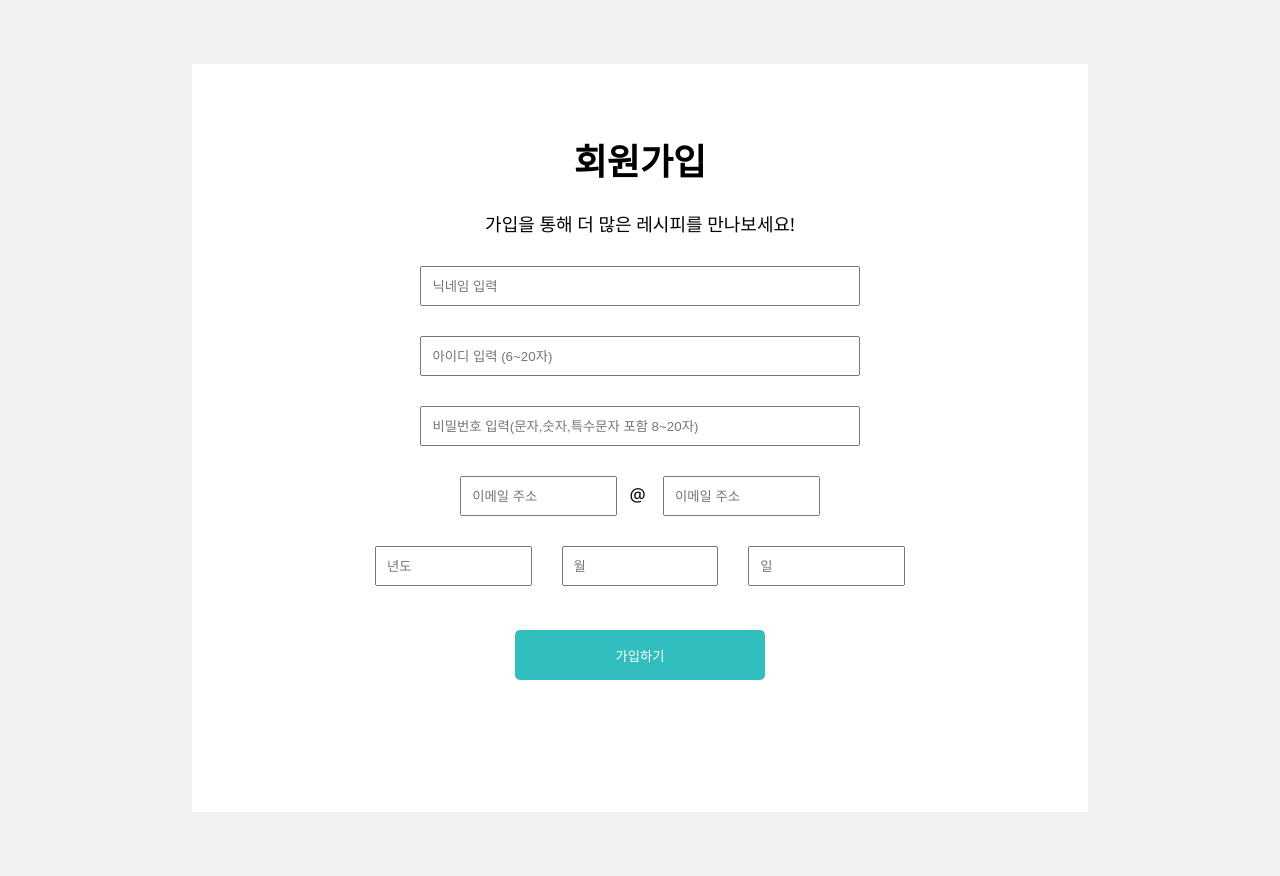
Repository: Shortood/Web_Project
Page: http://localhost/Web_project_endOfend/signup.jsp
The author's editor kept a copy of each file at every save. The page is drawn from the files as they stood at one save, then again after the next save.
The browser window is 1280 px wide. The pictures show the whole page.
Some web fonts or font styles are not loaded; a fallback is used. The page is served by Tomcat 9.

Above is the page before, as saved 2022-12-16 10:01:36.

### eclipse-workspace/Web_project_endOfend/src/main/webapp/signup.jsp
<%@ page language="java" contentType="text/html; charset=utf-8"
   pageEncoding="utf-8"%>
<%@ page import="java.sql.*"%>
<%
request.setCharacterEncoding("utf-8");
%>
<html>
<head>
<meta charset="UTF-8">
<title>sign up</title>
<link href="login_signup.css" rel="stylesheet">
</head>
<body>
   <div id="wrap">
      <center>
      <h1>회원가입</h1>
      <div>가입을 통해 더 많은 레시피를 만나보세요!</div>

      <form action="signup-db.jsp" method="post">
         <input type="text" name="name" placeholder="닉네임 입력" class="in" pattern=".{1,}" maxlength="10" /><br>
         <input type="text" name="id" placeholder="아이디 입력 (6~20자)" class="in" pattern=".{6,}" maxlength="20" /><br>
         <input type="text" name="passwd" placeholder="비밀번호 입력(문자,숫자,특수문자 포함 8~20자)" class="in"   pattern=".{8,}" maxlength="20" /><br>
         <input type="text" name="e_mail" placeholder="이메일 주소" class="in_ex" />@ <input type="text" name="e_mail2" placeholder="이메일 주소" class="in_ex" /><br>
         <input type="text" name="year" placeholder="년도" class="in_ex" pattern=".{4,}" maxlength="4" />
         <input type="text" name="month" placeholder="월" class="in_ex" pattern=".{1,}" maxlength="2" />
         <input type="text" name="date" placeholder="일" class="in_ex" pattern=".{1,}" maxlength="2" /><br><br>
         <input type="submit" class="button" value="가입하기" /><br><br>
      </form>
      </center>
   </div>
</body>
</html>

### eclipse-workspace/Web_project_endOfend/src/main/webapp/login_signup.css
@import url('https://fonts.googleapis.com/css?family=Nanum+Gothic:400,700,800');
body {
    font-family: Nanum Gothic,Segoe UI,Helveica,Arial,Malgun Gothic,sans-serif;
 }
body{
    margin:5% 15% 5% 15%;
    background-color: #F2F2F2;
}
#wrap{
    font-size: 18px;
   padding: 5% 15% 10% 15%;
    font-family: 나눔고딕,Segoe UI,Helveica,Arial,Malgun Gothic,Dotum,sans-serif;
    background-color: white;
}

a {
   color: blue; text-decoration: none;
    padding-top: 50px;
}
a:hover{
    color:#848484;
}

.button {
   background-color: #32BEBE;
   border-radius: 5px;
   color: white;
   width: 250px;
   height: 50px;
   border: 0;
}

.in {
   width: 70%;
   height: 40px;
   padding-left:10px;
   padding-right:10px;
}

.in_ex {
    width: 25%;
    height: 40px;
    padding-left:10px;
    padding-right:10px;
    margin-left: 2%;
    margin-right: 2%;
 }

input[type=text]{
    margin-top: 30px;
}
input[type=submit]{
    margin-top: 20px;
}

After the next save:
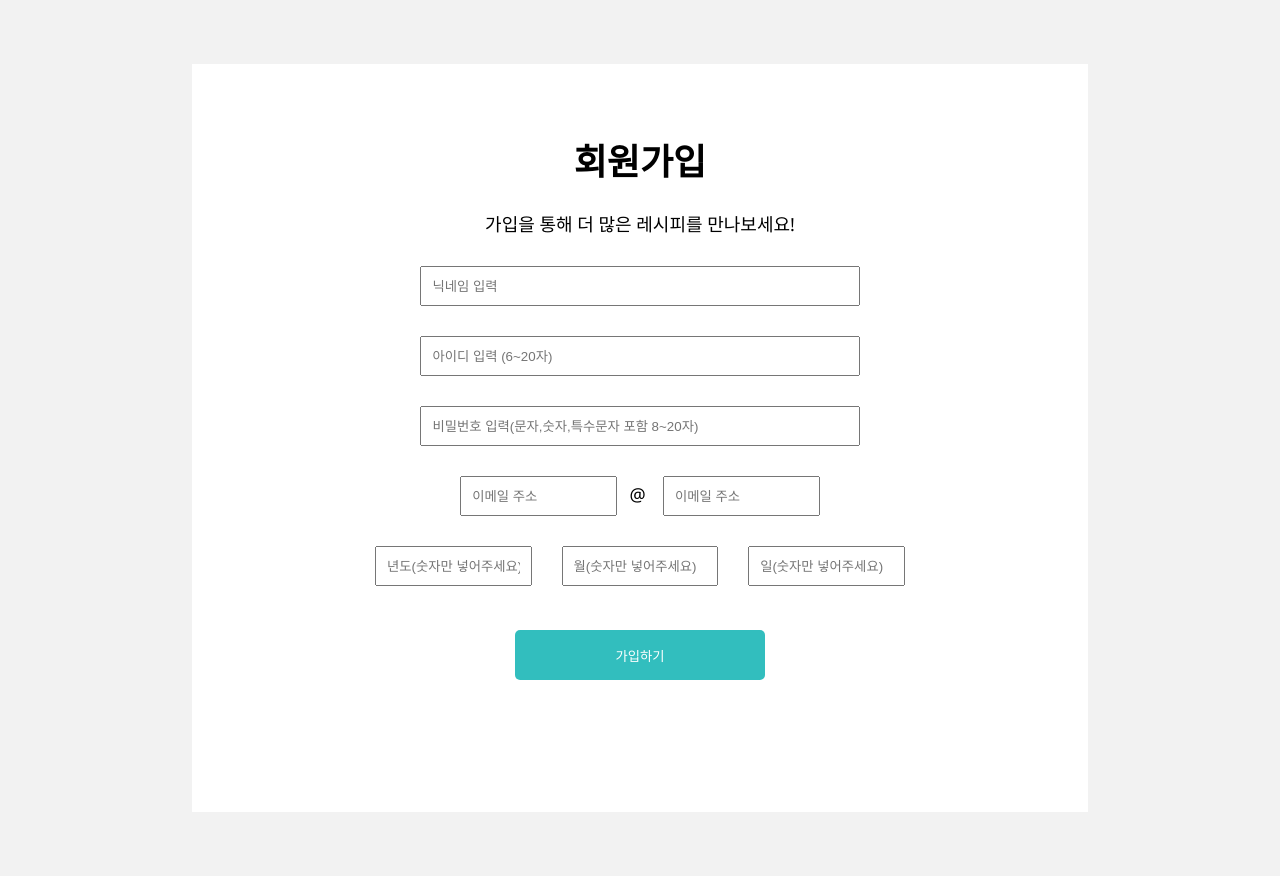
Saved 24 s later.
--- a/eclipse-workspace/Web_project_endOfend/src/main/webapp/signup.jsp
+++ b/eclipse-workspace/Web_project_endOfend/src/main/webapp/signup.jsp
@@ -1,5 +1,5 @@
 <%@ page language="java" contentType="text/html; charset=utf-8"
-   pageEncoding="utf-8"%>
+	pageEncoding="utf-8"%>
 <%@ page import="java.sql.*"%>
 <%
 request.setCharacterEncoding("utf-8");
@@ -11,22 +11,31 @@ request.setCharacterEncoding("utf-8");
 <link href="login_signup.css" rel="stylesheet">
 </head>
 <body>
-   <div id="wrap">
-      <center>
-      <h1>회원가입</h1>
-      <div>가입을 통해 더 많은 레시피를 만나보세요!</div>
+	<div id="wrap">
+		<center>
+			<h1>회원가입</h1>
+			<div>가입을 통해 더 많은 레시피를 만나보세요!</div>
 
-      <form action="signup-db.jsp" method="post">
-         <input type="text" name="name" placeholder="닉네임 입력" class="in" pattern=".{1,}" maxlength="10" /><br>
-         <input type="text" name="id" placeholder="아이디 입력 (6~20자)" class="in" pattern=".{6,}" maxlength="20" /><br>
-         <input type="text" name="passwd" placeholder="비밀번호 입력(문자,숫자,특수문자 포함 8~20자)" class="in"   pattern=".{8,}" maxlength="20" /><br>
-         <input type="text" name="e_mail" placeholder="이메일 주소" class="in_ex" />@ <input type="text" name="e_mail2" placeholder="이메일 주소" class="in_ex" /><br>
-         <input type="text" name="year" placeholder="년도" class="in_ex" pattern=".{4,}" maxlength="4" />
-         <input type="text" name="month" placeholder="월" class="in_ex" pattern=".{1,}" maxlength="2" />
-         <input type="text" name="date" placeholder="일" class="in_ex" pattern=".{1,}" maxlength="2" /><br><br>
-         <input type="submit" class="button" value="가입하기" /><br><br>
-      </form>
-      </center>
-   </div>
+			<form action="signup-db.jsp" method="post">
+				<input type="text" name="name" placeholder="닉네임 입력" class="in"
+					required maxlength="10" /><br> <input type="text" name="id"
+					placeholder="아이디 입력 (6~20자)" class="in" pattern=".{6,}" required
+					maxlength="20" /><br> <input type="text" name="passwd"
+					placeholder="비밀번호 입력(문자,숫자,특수문자 포함 8~20자)" class="in"
+					pattern=".{8,}" required maxlength="20" /><br> <input
+					type="text" name="e_mail" placeholder="이메일 주소" class="in_ex"
+					required />@ <input type="text" name="e_mail2" placeholder="이메일 주소"
+					class="in_ex" required /><br> <input type="text" name="year"
+					placeholder="년도(숫자만 넣어주세요)" class="in_ex" pattern=".{4,}"
+					maxlength="4" required /> <input type="text" name="month"
+					placeholder="월(숫자만 넣어주세요)" class="in_ex" pattern=".{1,}"
+					maxlength="2" required /> <input type="text" name="date"
+					placeholder="일(숫자만 넣어주세요)" class="in_ex" pattern=".{1,}"
+					maxlength="2" required /><br>
+				<br> <input type="submit" class="button" value="가입하기" /><br>
+				<br>
+			</form>
+		</center>
+	</div>
 </body>
 </html>
